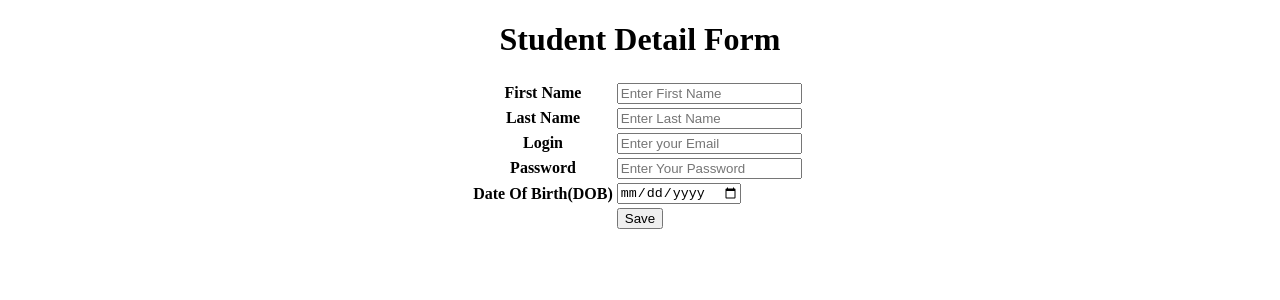
Repository: Abhi070717/Advance-Java
Page: http://localhost/jsp-servlet/UserForm.jsp
An editor plug-in stored every save of this project. The page is shown before and after the next save, followed by the edit.
The browser window is 1280 px wide. The pictures show the whole page.
The page is served by Tomcat 9. Other server files are loaded and not shown.

Above is the page before, as saved 2026-01-21 10:30:09.

### Jsp-servlet/jsp-servlet/WebContent/UserForm.jsp
<%@ page language="java" contentType="text/html; charset=ISO-8859-1"
	pageEncoding="ISO-8859-1"%>
<!DOCTYPE html>
<html>
<head>
<meta charset="ISO-8859-1">
<title>Student Form</title>
<style>
.eye {
	cursor: pointer;
	margin-left: 5px;
}
</style>
<link rel="stylesheet"
	href="https://cdnjs.cloudflare.com/ajax/libs/font-awesome/6.5.0/css/all.min.css">
<script>
	function togglePassword() {
		var pwd = document.getElementById("password");
		if (pwd.type === "password") {
			pwd.type = "text";
		} else {
			pwd.type = "password";
		}
	}
</script>
</head>
<body>

	<div align="center">

		<form>
			<h1>Student Detail Form</h1>
			<table>
				<tr>
					<th>First Name</th>
					<td><input type="text" name="firstName" value=""
						placeholder="Enter First Name"></td>
				</tr>
				<tr>
					<th>Last Name</th>
					<td><input type="text" name="lastName" value=""
						placeholder="Enter Last Name"></td>
				</tr>
				<tr>
					<th>Login</th>
					<td><input type="email" name="login" value=""
						placeholder="Enter your Email"></td>
				</tr>
				<tr>
					<th>Password</th>
					<td><input type="password" id="password" name="password"
						placeholder="Enter Your Password"> <span class="eye"
						onclick="togglePassword()"></span></td>
				</tr>

				<tr>
					<th>Date Of Birth(DOB)</th>
					<td><input type="date" name="DOB" value=""></td>
				</tr>
				<tr>
					<th></th>
					<td><input type="Submit" name="operation" value="Save"></td>
				</tr>
			</table>

		</form>

	</div>

</body>
</html>

After the next save:
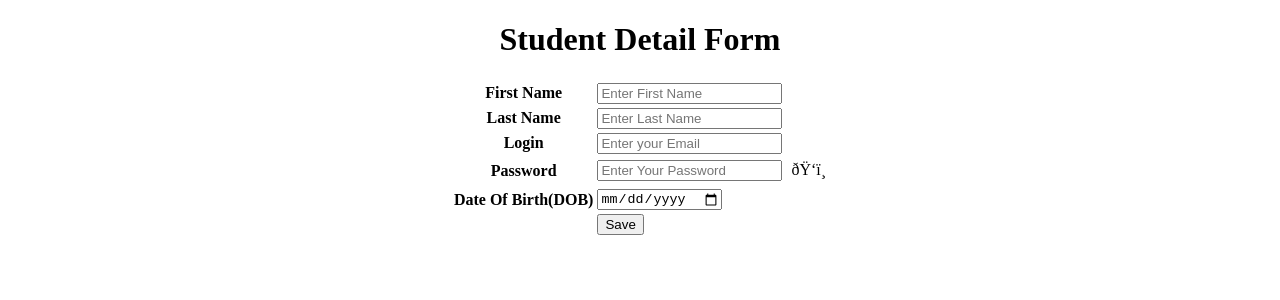
Saved 18 s later.
--- a/Jsp-servlet/jsp-servlet/WebContent/UserForm.jsp
+++ b/Jsp-servlet/jsp-servlet/WebContent/UserForm.jsp
@@ -50,7 +50,7 @@
 					<th>Password</th>
 					<td><input type="password" id="password" name="password"
 						placeholder="Enter Your Password"> <span class="eye"
-						onclick="togglePassword()"></span></td>
+						onclick="togglePassword()">👁️</span></td>
 				</tr>
 
 				<tr>
